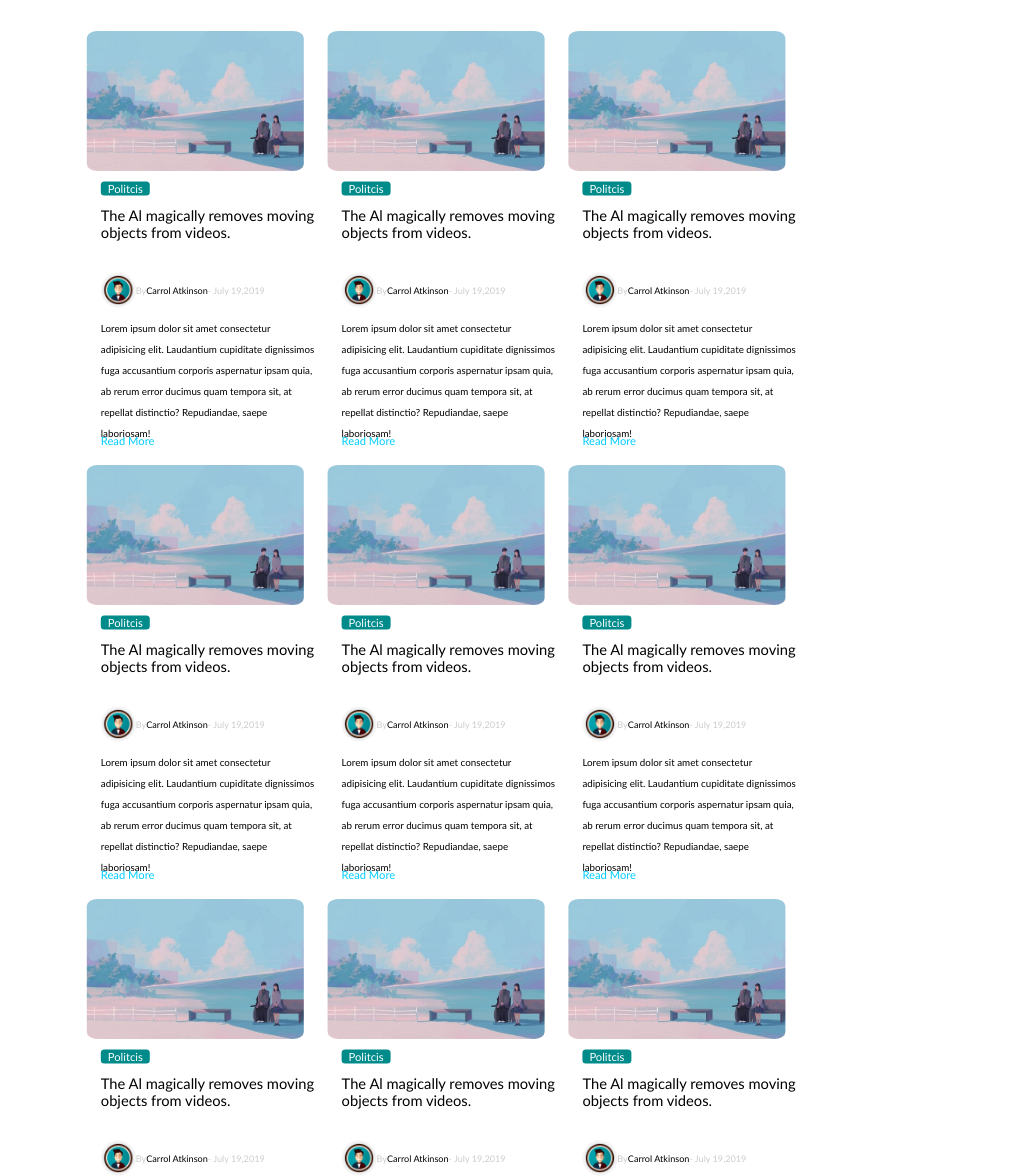
Repository: giacatdat2k5/html3
Page: html3.vs/7.1.html
These files come from the project's save history. The page is drawn as it stood at one moment and after the next save; the edit follows.
The browser window is 1280 px wide. The page is 1462 px wide, so the pictures cover 1462 px, including what lies to the right of the window. The pictures show the part of the page from y = 625 to 2305 px (the page is 2670 px tall), at 70% of full size.

Above is the page before, as saved 2023-09-27 15:51:37.

### html3.vs/7.1.html
<!DOCTYPE html>
<html lang="en">
<head>
    <meta charset="UTF-8">
    <meta name="viewport" content="width=device-width, initial-scale=1.0">
    <title>7.2</title>
    <link rel="stylesheet" type="text/css" href="7.1.css">
    <link rel="stylesheet" href="https://cdnjs.cloudflare.com/ajax/libs/font-awesome/6.4.2/css/all.min.css"/>
</head>
<body>
    <div id="header">
        <div class="logo">Zent's Blog </div>
        <div class="menu">
            <div class="items">Home</div>
            <div class="items">Politcis</div>
            <div class="items">Tech</div>
            <div class="items">Entertaiment</div>
            <div class="items">Travels</div>
            <div class="items">Sports</div>
            <div class="search"><i class="fa-solid fa-magnifying-glass"></i></div>
        </div>
    </div>
    <div id="content">
        <div class="left">
            <div class="imageleft">
                <div class="iamge1">
                    <div class="edit">The Al magically removes moving objects from videos.</div>
                </div>
                <div class="iamge2">
                    <div class="edit">The Al magically removes moving objects from videos.</div>
                </div>
            </div>
        </div>
        <div class="center">
            <div class="imagecenter">
                <div class="iamge3">
                    <div class="edit">The Al magically removes moving objects from videos.</div>
                </div>
            </div>
        </div>
        <div class="right">
            <div class="iamgeright">
                <div class="iamge4">
                    <div class="edit">
                        The 20 Biggest Fintech Companies In
                        America 2019.</div>
                </div>
                <div class="iamge5">
                    <div class="edit">
                        The 20 Biggest Fintech Companies In
                        America 2019.</div>
                </div>
            </div>
        </div>
    </div>
    <div id="header2">Recent Posts
    </div>
    <div id="content2">
        <div class="centercontent2">
            <div class="ccitems">
                <div class="picture"></div>
                <div class="tag">
                    <div class="tagitem">Politcis</div>
                </div>
                <div class="text">The Al magically removes moving objects from videos.</div>
                <div class="author">
                <div class="avt"></div>
                <div class="name">
                    <span class="c">By</span>
                    Carrol Atkinson
                    <span class="c">- July 19,2019</span>
                </div>
                </div>
                <div class="lorem">Lorem ipsum dolor sit amet consectetur adipisicing elit. Laudantium cupiditate dignissimos fuga accusantium corporis aspernatur ipsam quia, ab rerum error ducimus quam tempora sit, at repellat distinctio? Repudiandae, saepe laboriosam!</div>
                <div class="read"> Read More</div>
            </div>
            <div class="ccitems"><div class="picture"></div>
            <div class="tag">
                <div class="tagitem">Politcis</div>
            </div>
            <div class="text">The Al magically removes moving objects from videos.</div>
            <div class="author">
            <div class="avt"></div>
            <div class="name">
                <span class="c">By</span>
                Carrol Atkinson
                <span class="c">- July 19,2019</span>
            </div>
            </div>
            <div class="lorem">Lorem ipsum dolor sit amet consectetur adipisicing elit. Laudantium cupiditate dignissimos fuga accusantium corporis aspernatur ipsam quia, ab rerum error ducimus quam tempora sit, at repellat distinctio? Repudiandae, saepe laboriosam!</div>
            <div class="read"> Read More</div></div>
            <div class="ccitems"><div class="picture"></div>
            <div class="tag">
                <div class="tagitem">Politcis</div>
            </div>
            <div class="text">The Al magically removes moving objects from videos.</div>
            <div class="author">
            <div class="avt"></div>
            <div class="name">
                <span class="c">By</span>
                Carrol Atkinson
                <span class="c">- July 19,2019</span>
            </div>
            </div>
            <div class="lorem">Lorem ipsum dolor sit amet consectetur adipisicing elit. Laudantium cupiditate dignissimos fuga accusantium corporis aspernatur ipsam quia, ab rerum error ducimus quam tempora sit, at repellat distinctio? Repudiandae, saepe laboriosam!</div>
            <div class="read"> Read More</div></div>
            <div class="ccitems"><div class="picture"></div>
            <div class="tag">
                <div class="tagitem">Politcis</div>
            </div>
            <div class="text">The Al magically removes moving objects from videos.</div>
            <div class="author">
            <div class="avt"></div>
            <div class="name">
                <span class="c">By</span>
                Carrol Atkinson
                <span class="c">- July 19,2019</span>
            </div>
            </div>
            <div class="lorem">Lorem ipsum dolor sit amet consectetur adipisicing elit. Laudantium cupiditate dignissimos fuga accusantium corporis aspernatur ipsam quia, ab rerum error ducimus quam tempora sit, at repellat distinctio? Repudiandae, saepe laboriosam!</div>
            <div class="read"> Read More</div></div>
            <div class="ccitems"><div class="picture"></div>
            <div class="tag">
                <div class="tagitem">Politcis</div>
            </div>
            <div class="text">The Al magically removes moving objects from videos.</div>
            <div class="author">
            <div class="avt"></div>
            <div class="name">
                <span class="c">By</span>
                Carrol Atkinson
                <span class="c">- July 19,2019</span>
            </div>
            </div>
            <div class="lorem">Lorem ipsum dolor sit amet consectetur adipisicing elit. Laudantium cupiditate dignissimos fuga accusantium corporis aspernatur ipsam quia, ab rerum error ducimus quam tempora sit, at repellat distinctio? Repudiandae, saepe laboriosam!</div>
            <div class="read"> Read More</div></div>
            <div class="ccitems"><div class="picture"></div>
            <div class="tag">
                <div class="tagitem">Politcis</div>
            </div>
            <div class="text">The Al magically removes moving objects from videos.</div>
            <div class="author">
            <div class="avt"></div>
            <div class="name">
                <span class="c">By</span>
                Carrol Atkinson
                <span class="c">- July 19,2019</span>
            </div>
            </div>
            <div class="lorem">Lorem ipsum dolor sit amet consectetur adipisicing elit. Laudantium cupiditate dignissimos fuga accusantium corporis aspernatur ipsam quia, ab rerum error ducimus quam tempora sit, at repellat distinctio? Repudiandae, saepe laboriosam!</div>
            <div class="read"> Read More</div></div>
            <div class="ccitems"><div class="picture"></div>
            <div class="tag">
                <div class="tagitem">Politcis</div>
            </div>
            <div class="text">The Al magically removes moving objects from videos.</div>
            <div class="author">
            <div class="avt"></div>
            <div class="name">
                <span class="c">By</span>
                Carrol Atkinson
                <span class="c">- July 19,2019</span>
            </div>
            </div>
            <div class="lorem">Lorem ipsum dolor sit amet consectetur adipisicing elit. Laudantium cupiditate dignissimos fuga accusantium corporis aspernatur ipsam quia, ab rerum error ducimus quam tempora sit, at repellat distinctio? Repudiandae, saepe laboriosam!</div>
            <div class="read"> Read More</div></div>
            <div class="ccitems"><div class="picture"></div>
            <div class="tag">
                <div class="tagitem">Politcis</div>
            </div>
            <div class="text">The Al magically removes moving objects from videos.</div>
            <div class="author">
            <div class="avt"></div>
            <div class="name">
                <span class="c">By</span>
                Carrol Atkinson
                <span class="c">- July 19,2019</span>
            </div>
            </div>
            <div class="lorem">Lorem ipsum dolor sit amet consectetur adipisicing elit. Laudantium cupiditate dignissimos fuga accusantium corporis aspernatur ipsam quia, ab rerum error ducimus quam tempora sit, at repellat distinctio? Repudiandae, saepe laboriosam!</div>
            <div class="read"> Read More</div></div>
            <div class="ccitems"><div class="picture"></div>
            <div class="tag">
                <div class="tagitem">Politcis</div>
            </div>
            <div class="text">The Al magically removes moving objects from videos.</div>
            <div class="author">
            <div class="avt"></div>
            <div class="name">
                <span class="c">By</span>
                Carrol Atkinson
                <span class="c">- July 19,2019</span>
            </div>
            </div>
            <div class="lorem">Lorem ipsum dolor sit amet consectetur adipisicing elit. Laudantium cupiditate dignissimos fuga accusantium corporis aspernatur ipsam quia, ab rerum error ducimus quam tempora sit, at repellat distinctio? Repudiandae, saepe laboriosam!</div>
            <div class="read"> Read More</div></div>
        </div>
    </div>
</body>
</html>

### html3.vs/7.1.css
@media all and (min-width: 992px){
*{
    margin:0;
    padding: 0;
    font-family:'Trebuchet MS', 'Lucida Sans Unicode', 'Lucida Grande', 'Lucida Sans', Arial, sans-serif;
}
#header{
    width: 100%;
    height: 3em;
    display: flex;
    justify-content: space-between;
}
.logo{
    font-size: 20px;
    width: 120px;
    text-align: center;
    padding: 10px;
    font-weight: bold;
    font-family:'Trebuchet MS', 'Lucida Sans Unicode', 'Lucida Grande', 'Lucida Sans', Arial, sans-serif;

}
.menu{
    width: 510px;
    display: flex;
}
.items{
    width: 90px;
    padding: 10px;
    font-weight: bold;
    font-family:'Trebuchet MS', 'Lucida Sans Unicode', 'Lucida Grande', 'Lucida Sans', Arial, sans-serif;
}
.search{
    width: 30px;
    padding: 10px;
}
#content{
    width: 100%;
    height: 430px;
    background-color:whitesmoke;
    display: flex;
}
.left{
    width: 38%;
    height: 100%;

    display: flex;
    justify-content: right;
    align-items: center;
}
.center{
    width: 26%;
    height: 100%;
    display: flex;
    align-items:center;
    justify-content: center;
}
.right{
    width: 38%;
    height: 100%;

    display: flex;
    justify-content: left;
    align-items: center;
}
.imageleft{
    width: 65%;
    height: 100%;
    display: flex;
    flex-wrap: wrap;
    align-items: center;
}
.iamge1{
    background-image: url('image5.jpeg');
    background-size: cover;
    width: 100%;
    height: 160px;
    display:flex;
    align-items: end;
}
.iamge2{
    background-image: url('image3.jpeg');
    background-size: cover;
    width: 100%;
    height: 160px;
    display:flex;
    align-items: end;
}
.edit{
    width: 100%;
    height: 80%;
    background: linear-gradient(to bottom, transparent, rgba(0, 0, 0, 1));
    color:white;
    display:flex;
    align-items: end;
    padding-left: 20px;
    padding-bottom: 20px;
    padding-right: 20px;
    font-family:'Trebuchet MS', 'Lucida Sans Unicode', 'Lucida Grande', 'Lucida Sans', Arial, sans-serif;
    font-size: small;
    text-shadow: 0 0 10px rgba(0, 0, 0, 0.5);
}
.imagecenter{
    width: 80%;
    height:372px;
    align-items:center;
    justify-content: center;
}
.iamge3{
    background-image: url('anh dọc.jpeg');
    background-size: cover;
    width: 100%;
    height: 100%;
    display:flex;
    align-items: end;
}
.iamgeright{
    width: 65%;
    height: 100%;
    display: flex;
    flex-wrap: wrap;
    align-items: center;
}
.iamge4{
    background-image: url('anh ngang 1.jpeg');
    background-size: cover;
    width: 100%;
    height: 160px;
    display:flex;
    align-items: end;
}
.iamge5{
    background-image: url('ảnh ngnag 2.jpeg');
    background-size: cover;
    width: 100%;
    height: 160px;
    display:flex;
    align-items: end;
}
#header2{
    width: 100%;
    height: 6em;
    font-size:xx-large;
    display: flex;
    align-items: center;
    padding-left: 182px;
}
#content2{
    width: 100%;
    height: 2000px;
    display: flex;
    justify-content: center
}
.centercontent2{
    width:1032px;
    height: 93%;
    display: flex;
    flex-wrap: wrap;
}
.ccitems{
    width: 33.33333%;
    height: 33.333333%;
}
.picture{
    width: 90%;
    height: 200px;
    background-image: url('anh ngang 1.jpeg');
    background-size: cover;
    border-radius: 5%;
}
.tag{
    width: 90%;
    height: 50px;
    display: flex;
    align-items: center;
    padding-left: 20px;
}
.tagitem{
    width: 70px;
    height: 20px;
    color: white;
    background-color: darkcyan;
    border-radius: 5px;
    display: flex;
    justify-content: center;
    align-items: center;
}
.text{
    width: 90%;
    height: 80px;
    display: flex;
    padding-left: 20px;
    font-size: 21px;
}
.author{
    width: 90%;
    height: 80px;
    display: flex;
    align-items: center;
    padding-left: 20px;
}
.avt{
    width: 50px;
    height: 50px;
    background-image: url('pngtree-hand-draw-person-avatar-icon-vector-png-image_7102689.png');
    background-size: cover;
    border-radius: 50%;
}
.name{
    width: 260px;
    height: 100%;
    display: flex;
    align-items: center;
    font-size: small;
}
.c{
    color: #ccc;
}
.lorem{
    width: 90%;
    height: 165px;
    display: flex;
    padding-left: 20px;
    font-size: 14px;
    line-height: 30px;
    font-weight:lighter;
}
.read{
    width: 90%;
    height: 80px;
    display: flex;
    padding-left: 20px;
    color:#00CCFF;
}
}

After the next save:
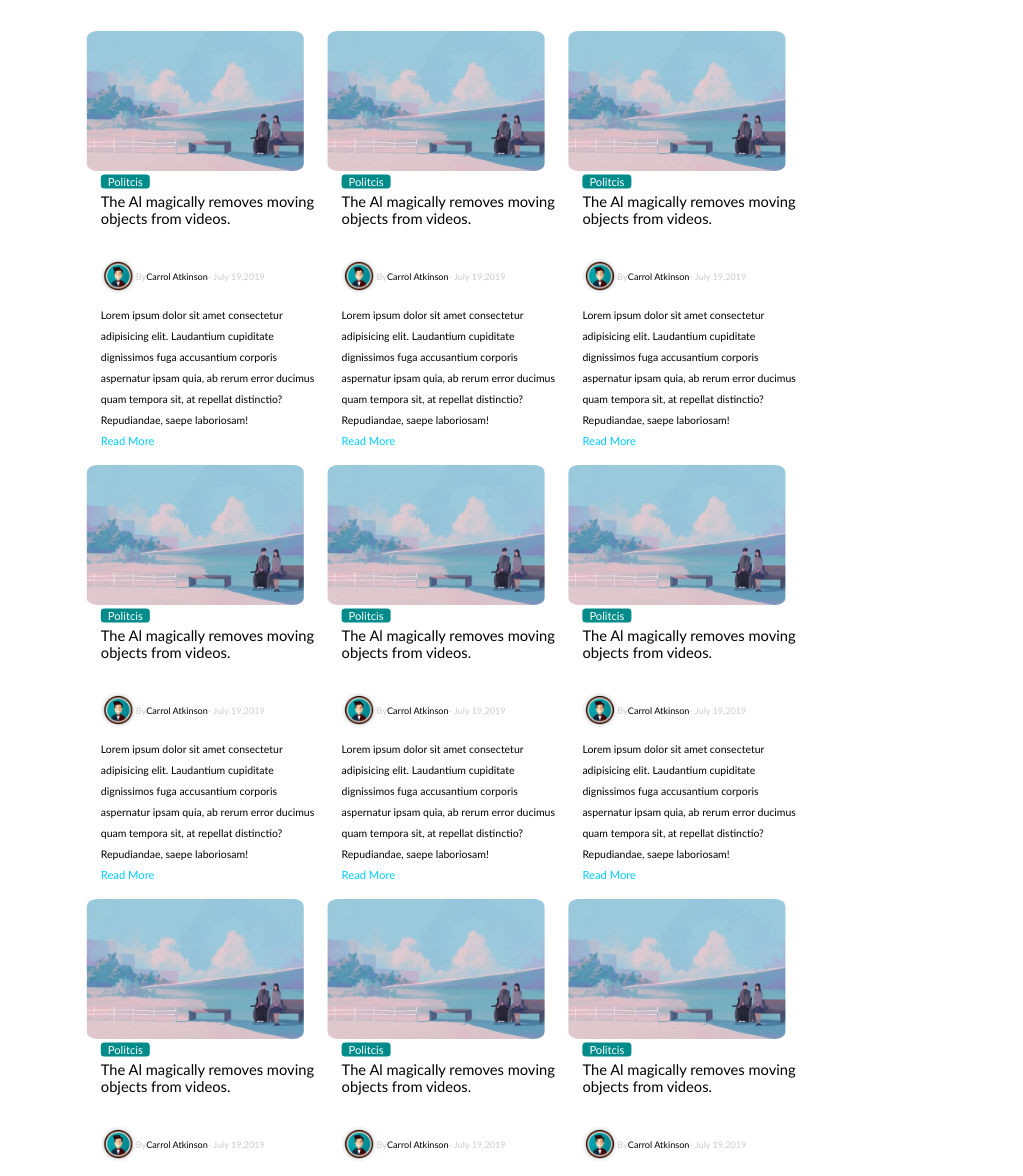
Saved 18 s later.
--- a/html3.vs/7.1.css
+++ b/html3.vs/7.1.css
@@ -169,7 +169,7 @@
 }
 .tag{
     width: 90%;
-    height: 50px;
+    height: 30px;
     display: flex;
     align-items: center;
     padding-left: 20px;
@@ -217,10 +217,10 @@
 }
 .lorem{
     width: 90%;
-    height: 165px;
-    display: flex;
-    padding-left: 20px;
-    font-size: 14px;
+    height: 185px;
+    display: flex;
+    padding-left: 20px;
+    font-size: 15px;
     line-height: 30px;
     font-weight:lighter;
 }
